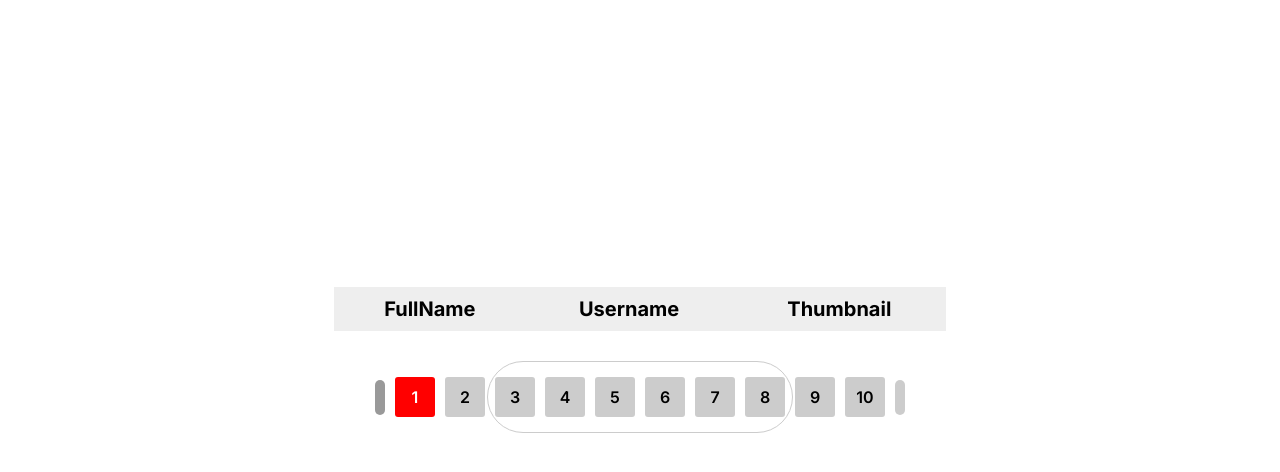
Repository: hoang0508/Test-FrontendReactJs-Twendee
Page: /
An editor plug-in stored every save of this project. The page is shown before and after the next save, followed by the edit.
The browser window is 1280 px wide. The pictures show the whole page.
The page's requests for data from a server got no answer. The project was rebuilt for these pictures with package versions that can differ from the ones it lists, and the page was loaded fresh each time. No one was signed in, and anything a server would have sent is missing.

Above is the page before, as saved 2023-02-06 22:43:53.

### src/index.tsx
import React from "react";
import ReactDOM from "react-dom/client";
import "./index.scss";
import App from "./App";
import reportWebVitals from "./reportWebVitals";
import { Provider } from "react-redux";
import store from "./redux/store";

const root = ReactDOM.createRoot(
  document.getElementById("root") as HTMLElement
);
root.render(
  <React.StrictMode>
    <Provider store={store}>
      <App />
    </Provider>
  </React.StrictMode>
);

// If you want to start measuring performance in your app, pass a function
// to log results (for example: reportWebVitals(console.log))
// or send to an analytics endpoint. Learn more: https://bit.ly/CRA-vitals
reportWebVitals();

### src/index.scss
@import url("https://fonts.googleapis.com/css2?family=Inter:wght@300;400;500;600;700&display=swap");
*,
*:before,
*:after {
  box-sizing: border-box;
}
* {
  margin: 0;
  padding: 0;
  font: inherit;
}
img,
picture,
svg,
video {
  display: block;
  max-width: 100%;
}
body {
  font-family: "Inter", sans-serif;
}

.loading {
  height: 100vh;
  display: flex;
  justify-content: center;
  align-items: center;
  margin: 0 auto;
  flex-direction: column;
}

.lds-ellipsis {
  position: relative;
  width: 100px;
  display: flex;
  justify-content: center;
  align-items: center;
  margin: 0 auto;
  flex-direction: column;
}
.lds-ellipsis div {
  position: absolute;
  top: 33px;
  width: 15px;
  height: 15px;
  border-radius: 50%;
  background: #eb3349; /* fallback for old browsers */
  background: -webkit-linear-gradient(
    to right,
    #f45c43,
    #eb3349
  ); /* Chrome 10-25, Safari 5.1-6 */
  background: linear-gradient(
    to right,
    #f45c43,
    #eb3349
  ); /* W3C, IE 10+/ Edge, Firefox 16+, Chrome 26+, Opera 12+, Safari 7+ */

  animation-timing-function: cubic-bezier(0, 1, 1, 0);
}
.lds-ellipsis div:nth-child(1) {
  left: 8px;
  animation: lds-ellipsis1 0.6s infinite;
}
.lds-ellipsis div:nth-child(2) {
  left: 8px;
  animation: lds-ellipsis2 0.6s infinite;
}
.lds-ellipsis div:nth-child(3) {
  left: 32px;
  animation: lds-ellipsis2 0.6s infinite;
}
.lds-ellipsis div:nth-child(4) {
  left: 56px;
  animation: lds-ellipsis3 0.6s infinite;
}
@keyframes lds-ellipsis1 {
  0% {
    transform: scale(0);
  }
  100% {
    transform: scale(1);
  }
}
@keyframes lds-ellipsis3 {
  0% {
    transform: scale(1);
  }
  100% {
    transform: scale(0);
  }
}
@keyframes lds-ellipsis2 {
  0% {
    transform: translate(0, 0);
  }
  100% {
    transform: translate(24px, 0);
  }
}

### src/App.tsx
import UserTable from "./components/UserTable";
import { useSelector } from "react-redux";
function App() {
  const { isLoading } = useSelector((state: any) => state.users);
  return (
    <div className={!isLoading ? "loading" : ""}>
      <UserTable />
    </div>
  );
}

export default App;

### src/redux/store.tsx
import { configureStore, combineReducers } from "@reduxjs/toolkit";
import usersSlice from "./usersSlice";

const reducer = combineReducers({
  users: usersSlice,
});

const store = configureStore({
  reducer: reducer,
  middleware: (getDefaultMiddleware) =>
    getDefaultMiddleware({
      serializableCheck: false,
    }).concat(),
});

export type RootState = ReturnType<typeof store.getState>;

export type AppDispatch = typeof store.dispatch;

export default store;

### src/components/UserTable.tsx
import React, { useEffect } from "react";
import { useDispatch, useSelector } from "react-redux";
import { fetchDataUser, setCurrentPage } from "../redux/usersSlice";
import { ItemData } from "../utils/type";
import Pagination from "./Pagination";
import { v4 } from "uuid";
import "./UserTable.scss";
import { TotalUser } from "../utils/enum";

const UserTable = () => {
  const usersPerPage = TotalUser.USER_PERPAGE;
  // dispatch redux
  const dispatch = useDispatch();
  const { users, currentPage, isLoading } = useSelector(
    (state: any) => state.users
  );

  console.log(isLoading);

  useEffect(() => {
    dispatch(
      fetchDataUser({
        currentPage,
        numberPerPage: usersPerPage,
      })
    );
  }, [currentPage, dispatch, usersPerPage]);

  // Change page
  const handlePaginate = (pageNumber: number) =>
    dispatch(setCurrentPage(pageNumber));

  // Get current users
  const currentUsers = users?.results;

  return (
    <>
      {isLoading ? (
        <div className="lds-ellipsis">
          <div></div>
          <div></div>
          <div></div>
        </div>
      ) : (
        <div className="userTable">
          <table className="userTable-table">
            <thead>
              <tr>
                <th>FullName</th>
                <th>Username</th>
                <th>Thumbnail</th>
              </tr>
            </thead>
            <tbody>
              {currentUsers &&
                currentUsers.length > 0 &&
                currentUsers.map((user: ItemData) => (
                  <tr key={v4()}>
                    <td>
                      <span>{user?.name?.title}</span>
                      <span>{user?.name?.first}</span>
                      <span>{user?.name?.last}</span>
                    </td>
                    <td>{user?.login?.username}</td>
                    <td>
                      <div className="image-user">
                        <img src={user?.picture?.thumbnail} alt="" />
                      </div>
                    </td>
                  </tr>
                ))}
            </tbody>
          </table>
          <Pagination
            usersPerPage={usersPerPage}
            handlePaginate={handlePaginate}
          />
        </div>
      )}
    </>
  );
};

export default UserTable;

### src/redux/usersSlice.tsx
import { createAsyncThunk, createSlice } from "@reduxjs/toolkit";
import axios from "../api/apiConfig";

interface IData {
  currentPage: number;
  numberPerPage: number;
}

// Fectch Data Users
export const fetchDataUser: any = createAsyncThunk(
  "users/fetchUsers",
  async (data: IData, thunkAPI) => {
    const res = await axios.get(
      `?page=${data?.currentPage}&results=${data?.numberPerPage}`
    );
    return res;
  }
);

const userSlice = createSlice({
  name: "user",
  initialState: {
    users: [],
    isLoadind: false,
    currentPage: 1,
  },
  reducers: {
    setCurrentPage: (state, action) => ({
      ...state,
      currentPage: action.payload,
    }),
  },
  extraReducers: (builder) => {
    builder.addCase(fetchDataUser.pending, (state: any) => {
      // Bật trạng thái loading
      state.isLoading = true;
    });
    // Add reducers for additional action types here, and handle loading state as needed
    builder.addCase(fetchDataUser.fulfilled, (state: any, action) => {
      // Add user to the state array
      state.users = action.payload;
      state.isLoading = false;
    });
    builder.addCase(fetchDataUser.rejected, (state: any, action) => {
      // Tắt trạng thái loading, lưu thông báo lỗi vào store
      state.isLoading = false;
    });
  },
});

export const { setCurrentPage } = userSlice.actions;
export default userSlice.reducer;

### src/components/Pagination.tsx
import { useSelector, useDispatch } from "react-redux";
import { RootState } from "../redux/store";
import { TotalUser } from "../utils/enum";
import { GrFormPrevious, GrFormNext } from "react-icons/gr";
import { setCurrentPage } from "../redux/usersSlice";

interface PropsPagination {
  usersPerPage: number;
  handlePaginate: (itemNunber: number) => void;
}

const Pagination = ({ usersPerPage, handlePaginate }: PropsPagination) => {
  const dispatch = useDispatch();
  const pageNumbers = [];
  for (let i = 1; i <= Math.ceil(TotalUser.TOTAL_USER / usersPerPage); i++) {
    pageNumbers.push(i);
  }
  const { currentPage } = useSelector((state: RootState) => state.users);
  const handlePrev = () => {
    if (currentPage > 1) dispatch(setCurrentPage(currentPage - 1));
  };

  const handleNext = () => {
    if (currentPage < TotalUser.USER_PERPAGE)
      dispatch(setCurrentPage(currentPage + 1));
  };

  return (
    <nav>
      <ul className="pagination">
        <button
          className="pagination-prev"
          disabled={currentPage <= 1}
          onClick={() => handlePrev()}
        >
          <GrFormPrevious />
        </button>
        {pageNumbers.map((itemNumber: number) => (
          <li
            key={itemNumber}
            className={`page-item ${
              currentPage === itemNumber ? "active-page" : ""
            }`}
          >
            <button
              onClick={() => handlePaginate(itemNumber)}
              className="page-link"
            >
              {itemNumber}
            </button>
          </li>
        ))}
        <button
          className="pagination-next"
          onClick={() => handleNext()}
          disabled={currentPage >= TotalUser.USER_PERPAGE}
        >
          <GrFormNext />
        </button>
      </ul>
    </nav>
  );
};

export default Pagination;

### src/components/UserTable.scss
.userTable {
  margin: 30px;
  &-table {
    border-collapse: collapse;
    width: 100%;
    font-family: "Inter", sans-serif;
  }

  thead {
    background-color: #eee;
    th {
      padding: 10px;
      font-size: 20px;
      font-weight: 700;
    }
  }

  td {
    border: 1px solid #dddddd;
    text-align: center;
    padding: 10px;
    .image-user {
      width: 80px;
      height: 80;
      margin: 0 auto;
      img {
        width: 100%;
        height: 100%;
        object-fit: cover;
        border: 3px solid #fff;
        border-radius: 100rem;
      }
    }
  }

  tr:nth-child(even) {
    background-color: #dddddd;
    font-weight: 600;
  }
}

.pagination {
  display: flex;
  justify-content: center;
  align-items: center;
  gap: 0 10px;
  margin-top: 30px;
  list-style: none;
  border: 1px solid #ccc;
  border-radius: 100rem;
  padding: 15px;
  width: 50%;
  margin: 30px auto 0;
  li.active-page {
    .page-link {
      background-color: red;
      color: #fff;
    }
  }
  &-next {
    font-size: 25px;
    cursor: pointer;
    background-color: #ccc;
    border-radius: 100rem;
    padding: 5px;
    border: 0;
    &:disabled {
      background-color: #999999;
    }
  }
  &-prev {
    font-size: 25px;
    cursor: pointer;
    background-color: #ccc;
    border-radius: 100rem;
    padding: 5px;
    border: 0;
    &:disabled {
      background-color: #999999;
    }
  }
  button.page-link {
    width: 40px;
    height: 40px;
    cursor: pointer;
    border: 0;
    background-color: #ccc;
    border-radius: 3px;
    padding: 5px 10px;
    font-weight: 600;
  }
}

### src/utils/enum.ts
export enum TotalUser {
  TOTAL_USER = 100,
  USER_PERPAGE = 10,
}

### src/api/apiConfig.ts
import axios from "axios";

const instance = axios.create({
  baseURL: "https://randomuser.me/api/",
});

// Add a request interceptor
instance.interceptors.request.use(
  function (config) {
    // Do something before request is sent
    return config;
  },
  function (error) {
    // Do something with request error
    return Promise.reject(error);
  }
);

// Add a response interceptor
instance.interceptors.response.use(
  function (response) {
    return response && response?.data ? response?.data : response;
  },
  function (error) {
    // Any status codes that falls outside the range of 2xx cause this function to trigger
    // Do something with response error
    return error && error?.message ? error?.message : Promise.reject(error);
  }
);

export default instance;

Loaded but not shown: public/index.html (common file); src/reportWebVitals.ts (common file)

After the next save:
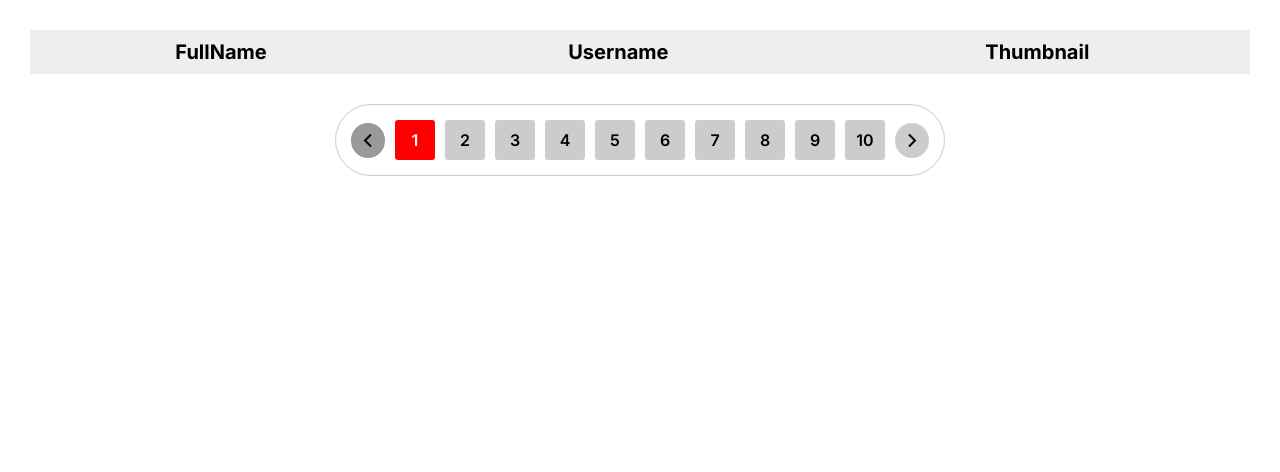
Saved 3 s later.
--- a/src/App.tsx
+++ b/src/App.tsx
@@ -3,7 +3,7 @@ import { useSelector } from "react-redux";
 function App() {
   const { isLoading } = useSelector((state: any) => state.users);
   return (
-    <div className={!isLoading ? "loading" : ""}>
+    <div className={isLoading ? "loading" : ""}>
       <UserTable />
     </div>
   );
